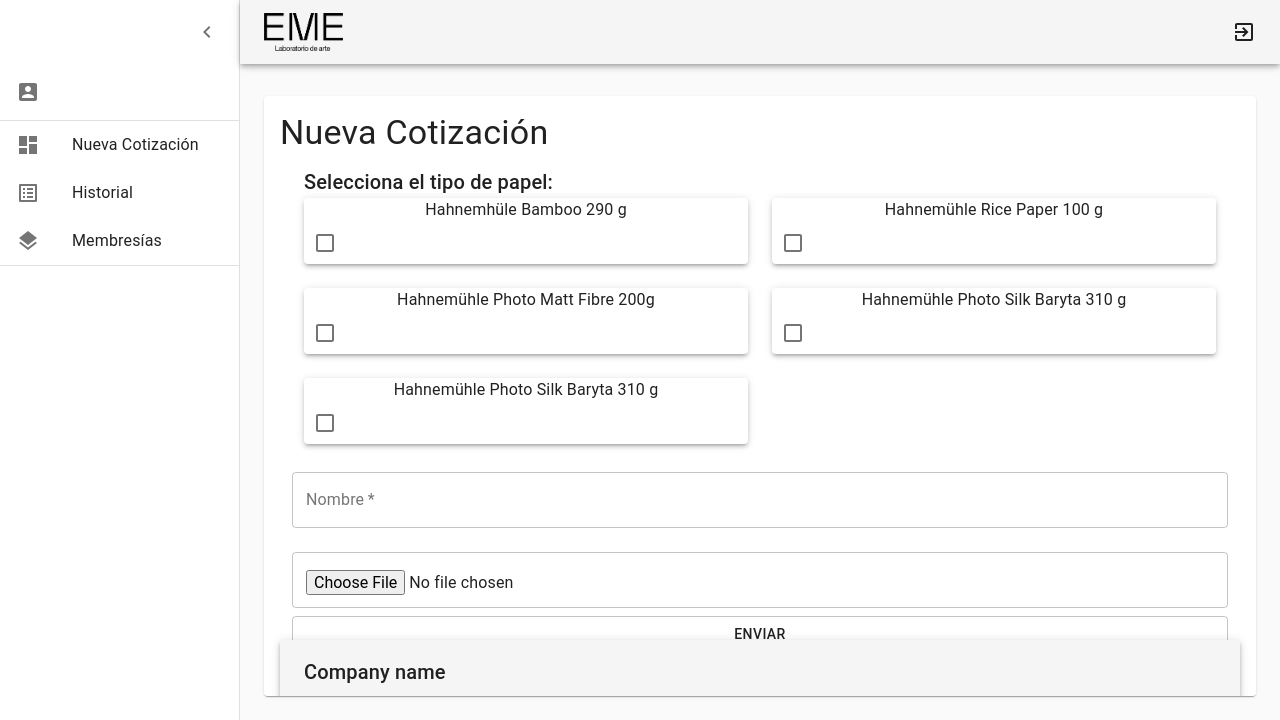
Repository: BrendaCarranco/eme-lab
Page: /Trabajo
An editor plug-in stored every save of this project. The page is shown before and after the next save, followed by the edit.
The browser window is 1280 px wide. The pictures show the whole page.
An inner scrolling area shows only its first screen. Some web libraries are served in a nearby version. The project was rebuilt for these pictures with package versions that can differ from the ones it lists, and the page was loaded fresh each time. Also part of the build but not shown: src/components/buildingPage/Building.js, src/temaConfig.js, src/components/buildingPage/Landing.js, src/components/login/Reset.js, src/components/Dashboard/Historial.js, src/components/Dashboard/Membresias.js, src/components/Dashboard/SizeForm.js, src/components/Dashboard/Review.js and 6 more.

Above is the page before, as saved 2020-08-30 19:51:56.

### public/index.html
<!DOCTYPE html>
<html lang="en">

<head>
  <meta charset="utf-8" />

  <meta name="viewport" content="width=device-width, initial-scale=1" />
  <meta name="theme-color" content="#000000" />
  <meta name="description" content="Web site created using create-react-app" />
  <link rel="icon" type="image/png" href="/eme-icon.png">


  </style>

  <!--
      manifest.json provides metadata used when your web app is installed on a
      user's mobile device or desktop. See https://developers.google.com/web/fundamentals/web-app-manifest/
    -->
  <link rel="manifest" href="%PUBLIC_URL%/manifest.json" />
  <!-- CSS only -->
  <link rel="stylesheet" href="https://stackpath.bootstrapcdn.com/bootstrap/4.5.2/css/bootstrap.min.css"
    integrity="sha384-JcKb8q3iqJ61gNV9KGb8thSsNjpSL0n8PARn9HuZOnIxN0hoP+VmmDGMN5t9UJ0Z" crossorigin="anonymous">

  <!--
      Notice the use of %PUBLIC_URL% in the tags above.
      It will be replaced with the URL of the `public` folder during the build.
      Only files inside the `public` folder can be referenced from the HTML.

      Unlike "/favicon.ico" or "favicon.ico", "%PUBLIC_URL%/favicon.ico" will
      work correctly both with client-side routing and a non-root public URL.
      Learn how to configure a non-root public URL by running `npm run build`.
    -->
  <title>EME Laboratorio de arte</title>
</head>

<body>
  <noscript>You need to enable JavaScript to run this app.</noscript>
  <div id="root"></div>
  <!--
      This HTML file is a template.
      If you open it directly in the browser, you will see an empty page.

      You can add webfonts, meta tags, or analytics to this file.
      The build step will place the bundled scripts into the <body> tag.

      To begin the development, run `npm start` or `yarn start`.
      To create a production bundle, use `npm run build` or `yarn build`.
    -->
  <!-- Compiled and minified JavaScript -->

  <script src="https://code.jquery.com/jquery-3.2.1.slim.min.js"
    integrity="sha384-KJ3o2DKtIkvYIK3UENzmM7KCkRr/rE9/Qpg6aAZGJwFDMVNA/GpGFF93hXpG5KkN"
    crossorigin="anonymous"></script>
  <script src="https://cdnjs.cloudflare.com/ajax/libs/popper.js/1.12.9/umd/popper.min.js"
    integrity="sha384-ApNbgh9B+Y1QKtv3Rn7W3mgPxhU9K/ScQsAP7hUibX39j7fakFPskvXusvfa0b4Q"
    crossorigin="anonymous"></script>
  <script src="https://maxcdn.bootstrapcdn.com/bootstrap/4.0.0/js/bootstrap.min.js"
    integrity="sha384-JZR6Spejh4U02d8jOt6vLEHfe/JQGiRRSQQxSfFWpi1MquVdAyjUar5+76PVCmYl"
    crossorigin="anonymous"></script>
</body>

</html>

### src/App.js
import React, { useEffect, useState, useContext } from 'react';
import { BrowserRouter, Switch, Route } from 'react-router-dom';
import { firebase } from './firebase';
import Building from './components/buildingPage/Building';
import Landing from './components/buildingPage/Landing';
import Reset from './components/login/Reset';
import Dashboard from './components/Dashboard/Dashboard';
import SignInSide from './components/login/SignInSide';
import Admin from './components/admin/Admin';

import { UserContext } from './context/UserProvider';
import NoMember from './components/Dashboard/NoMember';

function App() {

  const [firebaseUser, setFirebaseUser] = useState(null);
  const [fbName, setFbName] = useState('');
  const [fbMail, setFbMail] = useState('');
  const [usersFiles, setUsersFiles] = useState([]);


  const { userProvider } = useContext(UserContext);


  //Observador
  useEffect(() => {
    firebase.auth().onAuthStateChanged(user => {
      console.log(user);
      if (user) {
        setFbName(user.displayName);
        setFbMail(user.email);
        setFirebaseUser(user);
      } else {
        setFirebaseUser(null);
        return;
      }
    });
  }, [firebaseUser]);

  return (
    <BrowserRouter>
      <Switch>
        <Route exact path='/'>
          <Landing />
        </Route>
        {/*
        <Route path='/admin'>
          <Admin usersFiles={usersFiles} />
        </Route> */}

        <Route path='/dashboard'>

          {
            userProvider.role === 'Admin' && <Admin usersFiles={usersFiles} />
          }
          {
            userProvider.role === 'Miembro' && <Dashboard firebaseUser={firebaseUser} setUsersFiles={setUsersFiles} usersFiles={usersFiles} fbMail={fbMail} />
          }
          {
            userProvider.role === 'Invitado' && <NoMember />
          }



        </Route>

        <Route path='/signin'>
          <SignInSide />
        </Route>

        <Route path='/Admin'>
          <Admin />
        </Route>

        <Route path='/Trabajo'>
          <Dashboard />
        </Route>



      </Switch>
    </BrowserRouter>
  );
}

export default App;

### src/context/UserProvider.js
import React, { createContext, useEffect } from 'react';
import { useState } from 'react';
import { firebase } from '../firebase';

export const UserContext = createContext();

const UserProvider = (props) => {

    const dataInitialUser = {
        email: null,
        uid: null,
        role: 'Invitado',
        displayName: null
    };

    const [userProvider, setUserProvider] = useState(dataInitialUser);


    useEffect(() => {
        detectUser();
    }, []);

    const detectUser = () => {
        firebase.auth().onAuthStateChanged(user => {
            if (user) {
                console.log(user, 'user provider');
                user.getIdTokenResult()
                    .then(idTokenResult => {
                        console.log(idTokenResult, 'token');
                        if (!!idTokenResult.claims.Admin) {
                            console.log('es admin');
                            setUserProvider({
                                email: user.email,
                                uid: user.uid,
                                displayName: user.displayName,
                                role: 'Admin'

                            });
                        } else if (!!idTokenResult.claims.Member) {
                            console.log('es miembro');
                            setUserProvider({
                                email: user.email,
                                uid: user.uid,
                                displayName: user.displayName,
                                role: 'Miembro'
                            });
                        } else {
                            console.log('es invitado');
                            setUserProvider({
                                email: user.email,
                                uid: user.uid,
                                displayName: user.displayName,
                                role: 'Invitado'

                            });
                        }
                    }
                    );

            } else {
                console.log(user, 'user provider null');
            }
        });
    };

    const userRegister = async (email, password, name) => {
        try {
            const res = await firebase.auth().createUserWithEmailAndPassword(email, password);
            const collection = await firebase.firestore().collection('usuarios').doc(res.user.email).get();

            if (!collection.exists) {
                await firebase.firestore().collection('usuarios').doc(res.user.email).set({
                    email: res.user.email,
                    uid: res.user.uid,
                    role: 'Invitado',
                    displayName: name
                });
                let current = firebase.auth().currentUser;
                current.updateProfile({
                    displayName: name
                });

            }

        } catch (error) {
            console.log(error);
        }
        firebase.auth().signOut();
    };

    return (
        <UserContext.Provider value={{ userProvider, userRegister }} >
            {props.children}
        </UserContext.Provider>
    );
};

export default UserProvider;

### src/firebase.js
import firebase from 'firebase/app';
import 'firebase/auth';
import 'firebase/firestore';
import 'firebase/storage';
import 'firebase/functions';

const firebaseConfig = {
    apiKey: "AIzaSyB1b8DSEsphXC6iROi09Go8DnzwT9N6RYY",
    authDomain: "eme-lab.firebaseapp.com",
    databaseURL: "https://eme-lab.firebaseio.com",
    projectId: "eme-lab",
    storageBucket: "eme-lab.appspot.com",
    messagingSenderId: "906776180001",
    appId: "1:906776180001:web:939db4508539931fda3a60"
};
// Initialize Firebase
firebase.initializeApp(firebaseConfig);

export { firebase };

### src/components/Dashboard/Cotizacion.js
import React, { useState } from 'react';
import { firebase } from '../../firebase';
import moment from 'moment';
import 'moment/locale/es';

import Container from '@material-ui/core/Container';
import { makeStyles } from '@material-ui/core/styles';
import Typography from '@material-ui/core/Typography';
import Title from './Title';
import TextField from '@material-ui/core/TextField';
import Button from '@material-ui/core/Button';
import Grid from '@material-ui/core/Grid';
import Paper from '@material-ui/core/Paper';
import Checkbox from '@material-ui/core/Checkbox';

const useStyles = makeStyles((theme) => ({
  paper: {
      margin: theme.spacing(1),
  },
}));

const Cotizacion = ({ firebaseUser, setUsersFiles, usersFiles }) => {
  const classes = useStyles();
  const [fileUrl, setFileUrl] = useState(null);
  const [input, setInput] = useState('');
  //const [usersFiles, setUsersFiles] = useState([]);

  let time = Date.now();
  let timeFormat = moment(time).format('LLL');

  const handleChangeFile = async e => {
    const file = e.target.files[0];
    const storageRef = firebase.storage().ref('Cotizaciones').child(firebaseUser.email);
    const fileRef = storageRef.child(file.name);
    await fileRef.put(file);
    setFileUrl(await fileRef.getDownloadURL());
  };

  const handleSubmit = e => {
    e.preventDefault();
    //console.log('submit');

    const username = e.target.username.value;
    setInput(username);
    if (!username) {
      return;
    }

    const newUserFile = {
      name: username,
      fileLink: fileUrl,
      date: timeFormat,
      email: firebaseUser.email,
      user: firebaseUser.displayName,
      status: 'Pendiente'
    };
    //esta sube la imegen
    firebase.firestore().collection('files').doc().set(newUserFile);
    setUsersFiles([
      ...usersFiles,
      { ...newUserFile }

    ]);
    setInput('');
    setFileUrl('');
    return alert('archivo subido');
  };

  /*   const emailUpdate = async () => {
      const a = await firebase.auth().onAuthStateChanged(function (user) {
        if (user) {
          setUserEmail(user.email);
          return;
          // User is signed in.
        } else {
          return;
        }
      });
    };
    emailUpdate();

    useEffect(() => {
      const fetchUsersFiles = async () => {
        const usersFilesCollection = await firebase.firestore().collection('files').where("email", "==", userEmail).get();
        setUsersFiles(usersFilesCollection.docs.map(doc => {
          return doc.data();
        }));
      };
      fetchUsersFiles();
    }, [setUsersFiles, userEmail]);

    console.log(usersFiles); */


  return (
    <React.Fragment>
      <Title>Nueva Cotización</Title>
      <Container maxWidth="m">
        <Typography variant="h6" color="initial">
          Selecciona el tipo de papel:
       </Typography>
        <form onSubmit={handleSubmit}>
        <Grid container spacing={3}>
          <Grid item xs={12} sm={6}>
          <Paper elevation={3}>
            <Typography align="center">
              Hahnemhüle Bamboo  290 g
            </Typography>
            <Checkbox/>
          </Paper>
          </Grid>
          <Grid item xs={12} sm={6}>
          <Paper elevation={3}>
            <Typography align="center">
            Hahnemühle Rice Paper 100 g
            </Typography>
            <Checkbox/>
          </Paper>
          </Grid>
          <Grid item xs={12} sm={6}>
          <Paper elevation={3}>
            <Typography align="center">
            Hahnemühle Photo Matt Fibre 200g
            </Typography>
            <Checkbox/>
          </Paper>
          </Grid>
          <Grid item xs={12} sm={6}>
          <Paper elevation={3}>
            <Typography align="center">
            Hahnemühle Photo Silk Baryta 310 g
            </Typography>
            <Checkbox/>
          </Paper>
          </Grid>
          <Grid item xs={12} sm={6}>
          <Paper elevation={3}>
            <Typography align="center">
            Hahnemühle Photo Silk Baryta 310 g
            </Typography>
            <Checkbox/>
          </Paper>
          </Grid>
          <TextField
            variant="outlined"
            margin="normal"
            required
            fullWidth
            id="outlined-basic"
            label="Nombre"
            name='username'
            onChange={e => setInput(e.target.value)}
            value={input}

          />

          <TextField
            variant="outlined"
            margin="normal"
            required
            fullWidth
            id="outlined-basic"
            name='file'
            type='file'
            onChange={handleChangeFile}
          />
          <Button
            type="submit"
            fullWidth
            variant="outlined"
            color="default"
          >Enviar</Button>


          </Grid>
        </form>
      </Container>
    </React.Fragment>


  );
};

export default Cotizacion;

### src/components/Dashboard/Checkout.js
import React from 'react';
import { makeStyles } from '@material-ui/core/styles';
import CssBaseline from '@material-ui/core/CssBaseline';
import AppBar from '@material-ui/core/AppBar';
import Toolbar from '@material-ui/core/Toolbar';
import Paper from '@material-ui/core/Paper';
import Stepper from '@material-ui/core/Stepper';
import Step from '@material-ui/core/Step';
import StepLabel from '@material-ui/core/StepLabel';
import Button from '@material-ui/core/Button';
import Link from '@material-ui/core/Link';
import Typography from '@material-ui/core/Typography';
import PaperForm from './PaperForm';
import SizeForm from './SizeForm';
import Review from './Review';

function Copyright() {
  return (
    <Typography variant="body2" color="textSecondary" align="center">
      {'Copyright © '}
      <Link color="inherit" href="https://material-ui.com/">
        Your Website
      </Link>{' '}
      {new Date().getFullYear()}
      {'.'}
    </Typography>
  );
}

const useStyles = makeStyles((theme) => ({
  appBar: {
    position: 'relative',
  },
  layout: {
    width: 'auto',
    marginLeft: theme.spacing(2),
    marginRight: theme.spacing(2),
    [theme.breakpoints.up(600 + theme.spacing(2) * 2)]: {
      width: 600,
      marginLeft: 'auto',
      marginRight: 'auto',
    },
  },
  paper: {
    marginTop: theme.spacing(3),
    marginBottom: theme.spacing(3),
    padding: theme.spacing(2),
    [theme.breakpoints.up(600 + theme.spacing(3) * 2)]: {
      marginTop: theme.spacing(6),
      marginBottom: theme.spacing(6),
      padding: theme.spacing(3),
    },
  },
  stepper: {
    padding: theme.spacing(3, 0, 5),
  },
  buttons: {
    display: 'flex',
    justifyContent: 'flex-end',
  },
  button: {
    marginTop: theme.spacing(3),
    marginLeft: theme.spacing(1),
  },
}));

const steps = ['Shipping address', 'Payment details', 'Review your order'];

function getStepContent(step) {
  switch (step) {
    case 0:
      return <PaperForm />;
    case 1:
      return <SizeForm />;
    case 2:
      return <Review />;
    default:
      throw new Error('Unknown step');
  }
}

export default function Checkout() {
  const classes = useStyles();
  const [activeStep, setActiveStep] = React.useState(0);

  const handleNext = () => {
    setActiveStep(activeStep + 1);
  };

  const handleBack = () => {
    setActiveStep(activeStep - 1);
  };

  return (
    <React.Fragment>
      <CssBaseline />
      <AppBar position="absolute" color="default" className={classes.appBar}>
        <Toolbar>
          <Typography variant="h6" color="inherit" noWrap>
            Company name
          </Typography>
        </Toolbar>
      </AppBar>
      <main className={classes.layout}>
        <Paper className={classes.paper}>
          <Typography component="h1" variant="h4" align="center">
            Checkout
          </Typography>
          <Stepper activeStep={activeStep} className={classes.stepper}>
            {steps.map((label) => (
              <Step key={label}>
                <StepLabel>{label}</StepLabel>
              </Step>
            ))}
          </Stepper>
          <React.Fragment>
            {activeStep === steps.length ? (
              <React.Fragment>
                <Typography variant="h5" gutterBottom>
                  Thank you for your order.
                </Typography>
                <Typography variant="subtitle1">
                  Your order number is #2001539. We have emailed your order confirmation, and will
                  send you an update when your order has shipped.
                </Typography>
              </React.Fragment>
            ) : (
              <React.Fragment>
                {getStepContent(activeStep)}
                <div className={classes.buttons}>
                  {activeStep !== 0 && (
                    <Button onClick={handleBack} className={classes.button}>
                      Back
                    </Button>
                  )}
                  <Button
                    variant="contained"
                    color="primary"
                    onClick={handleNext}
                    className={classes.button}
                  >
                    {activeStep === steps.length - 1 ? 'Place order' : 'Next'}
                  </Button>
                </div>
              </React.Fragment>
            )}
          </React.Fragment>
        </Paper>
        <Copyright />
      </main>
    </React.Fragment>
  );
}

### src/components/Dashboard/Title.js

import React from 'react';
import PropTypes from 'prop-types';
import Typography from '@material-ui/core/Typography';

export default function Title(props) {
  return (
    <Typography component="h2" variant="h4" color="default" gutterBottom>
      {props.children}
    </Typography>
  );
}

Title.propTypes = {
  children: PropTypes.node,
};

### src/components/Dashboard/PaperForm.js
import React, { useState }  from 'react';
import { firebase } from '../../firebase';
import moment from 'moment';
import 'moment/locale/es';

import Grid from '@material-ui/core/Grid';
import Typography from '@material-ui/core/Typography';
import TextField from '@material-ui/core/TextField';
import FormControlLabel from '@material-ui/core/FormControlLabel';
import Checkbox from '@material-ui/core/Checkbox';

export default function PaperForm({ firebaseUser, setUsersFiles, usersFiles }) {
    const [fileUrl, setFileUrl] = useState(null);
    const [input, setInput] = useState('');


    let time = Date.now();
    let timeFormat = moment(time).format('LLL');

    const handleChangeFile = async e => {
      const file = e.target.files[0];
      const storageRef = firebase.storage().ref('Cotizaciones').child(firebaseUser.email);
      const fileRef = storageRef.child(file.name);
      await fileRef.put(file);
      setFileUrl(await fileRef.getDownloadURL());
    };

    const handleSubmit = e => {
      e.preventDefault();
      //console.log('submit');

      const username = e.target.username.value;
      setInput(username);
      if (!username) {
        return;
      }

      const newUserFile = {
        name: username,
        fileLink: fileUrl,
        date: timeFormat,
        email: firebaseUser.email,
        user: firebaseUser.displayName,
        status: 'Pendiente'
      };
      //esta sube la imegen
      firebase.firestore().collection('files').doc().set(newUserFile);
      setUsersFiles([
        ...usersFiles,
        { ...newUserFile }

      ]);
      setInput('');
      setFileUrl('');
      return alert('archivo subido');
    };
  return (
    <React.Fragment>
      <Typography variant="h6" gutterBottom>
        Llena el formulario
      </Typography>
      <Grid container spacing={3}>
        <Grid item xs={12} sm={12}>
          <TextField
             variant="outlined"
             margin="normal"
             required
             fullWidth
             id="outlined-basic"
             label="Nombre"
             name='username'
             onChange={e => setInput(e.target.value)}
             value={input}
          />
           <TextField
            variant="outlined"
            margin="normal"
            required
            fullWidth
            id="outlined-basic"
            name='file'
            type='file'
            onChange={handleChangeFile}
          />
        </Grid>
        <Typography variant="h6" gutterBottom>
        Selecciona el tipo de papel.
      </Typography>
      <Grid item xs={12} sm={12}>

      </Grid>

      </Grid>
    </React.Fragment>
  );
}

Loaded but not shown: src/index.js (common file); src/index.css (common file); src/serviceWorker.js (common file); src/components/Dashboard/Dashboard.js (298 lines, source omitted)

After the next save:
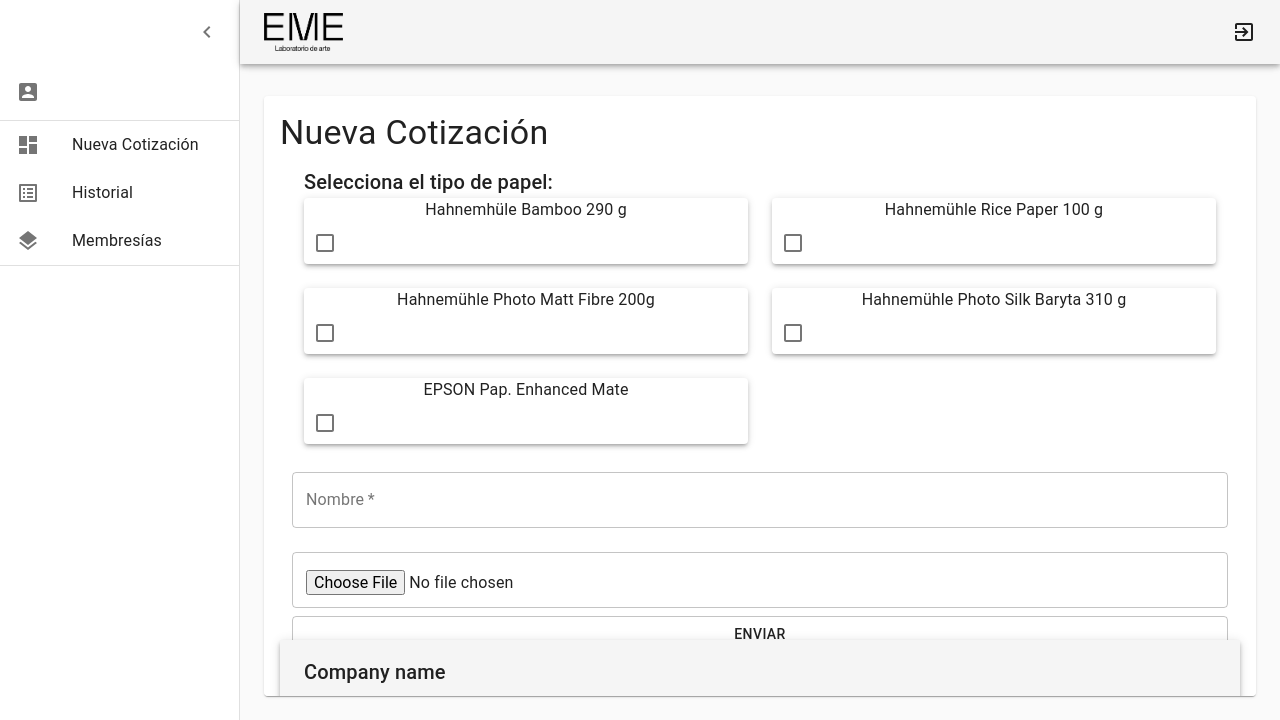
Saved 8 s later.
--- a/src/components/Dashboard/Cotizacion.js
+++ b/src/components/Dashboard/Cotizacion.js
@@ -136,7 +136,7 @@ const Cotizacion = ({ firebaseUser, setUsersFiles, usersFiles }) => {
           <Grid item xs={12} sm={6}>
           <Paper elevation={3}>
             <Typography align="center">
-            Hahnemühle Photo Silk Baryta 310 g
+            EPSON Pap. Enhanced Mate
             </Typography>
             <Checkbox/>
           </Paper>
